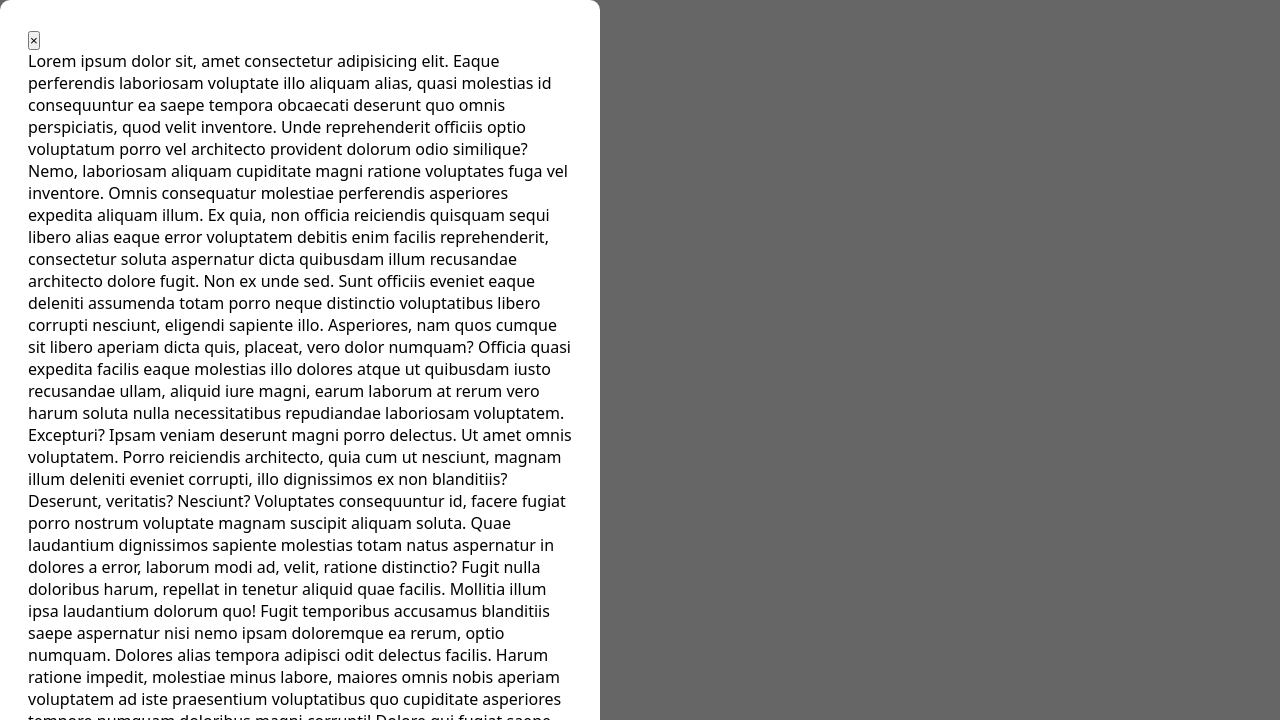
Repository: hoangan3526/Javascript-project
Page: index.html
The author's editor kept a copy of each file at every save. The page is drawn from the files as they stood at one save, then again after the next save.
The browser window is 1280 px wide. The pictures show the whole page.

Above is the page before, as saved 2026-04-07 09:48:11.

### index.html
<!DOCTYPE html>
<html lang="en">
<head>
    <meta charset="UTF-8">
    <meta name="viewport" content="width=device-width, initial-scale=1.0">
    <link rel="stylesheet" href="./style.css">
    <title>Document</title>
</head>
<body>
    <div class="modal-backdrop">
        <div class="modal-container">
            <button class="modal-close">&times;</button>
            <div class="modal-content">
                <p>Lorem ipsum dolor sit, amet consectetur adipisicing elit. Eaque perferendis laboriosam voluptate illo aliquam alias, quasi molestias id consequuntur ea saepe tempora obcaecati deserunt quo omnis perspiciatis, quod velit inventore.
                Unde reprehenderit officiis optio voluptatum porro vel architecto provident dolorum odio similique? Nemo, laboriosam aliquam cupiditate magni ratione voluptates fuga vel inventore. Omnis consequatur molestiae perferendis asperiores expedita aliquam illum.
                Ex quia, non officia reiciendis quisquam sequi libero alias eaque error voluptatem debitis enim facilis reprehenderit, consectetur soluta aspernatur dicta quibusdam illum recusandae architecto dolore fugit. Non ex unde sed.
                Sunt officiis eveniet eaque deleniti assumenda totam porro neque distinctio voluptatibus libero corrupti nesciunt, eligendi sapiente illo. Asperiores, nam quos cumque sit libero aperiam dicta quis, placeat, vero dolor numquam?
                Officia quasi expedita facilis eaque molestias illo dolores atque ut quibusdam iusto recusandae ullam, aliquid iure magni, earum laborum at rerum vero harum soluta nulla necessitatibus repudiandae laboriosam voluptatem. Excepturi?
                Ipsam veniam deserunt magni porro delectus. Ut amet omnis voluptatem. Porro reiciendis architecto, quia cum ut nesciunt, magnam illum deleniti eveniet corrupti, illo dignissimos ex non blanditiis? Deserunt, veritatis? Nesciunt?
                Voluptates consequuntur id, facere fugiat porro nostrum voluptate magnam suscipit aliquam soluta. Quae laudantium dignissimos sapiente molestias totam natus aspernatur in dolores a error, laborum modi ad, velit, ratione distinctio?
                Fugit nulla doloribus harum, repellat in tenetur aliquid quae facilis. Mollitia illum ipsa laudantium dolorum quo! Fugit temporibus accusamus blanditiis saepe aspernatur nisi nemo ipsam doloremque ea rerum, optio numquam.
                Dolores alias tempora adipisci odit delectus facilis. Harum ratione impedit, molestiae minus labore, maiores omnis nobis aperiam voluptatem ad iste praesentium voluptatibus quo cupiditate asperiores tempore numquam doloribus magni corrupti!
                Dolore qui fugiat saepe explicabo totam ipsam sunt corporis voluptatibus deserunt, commodi tempora doloremque autem atque temporibus possimus harum laboriosam at. Voluptates dolor quod facilis, quidem ea sed consequatur sit.
                Autem, repudiandae ut modi est pariatur nobis vero quae quidem deserunt, mollitia perspiciatis expedita! Non quas eaque, quisquam itaque id obcaecati illum necessitatibus voluptatum inventore eligendi omnis, hic laboriosam! Dolor.
                Nam necessitatibus hic sapiente voluptatum rem sequi veritatis. Illum placeat reiciendis libero aut reprehenderit vitae, officia ab sunt sit facilis cupiditate facere suscipit, deserunt labore omnis molestias repellendus autem repudiandae!
                Iure, laboriosam possimus excepturi cupiditate voluptatem vel doloremque dicta, atque fuga culpa qui error reiciendis consequatur non hic quos vitae enim et molestias. Voluptate quasi, maiores possimus perferendis labore dolorem.
                Rem minus id non eos ut dolor esse molestias obcaecati velit dignissimos magni sit eius, fugiat iusto asperiores modi placeat eligendi voluptate sed quas voluptatibus? Necessitatibus quaerat quisquam provident deleniti!
                Quos reprehenderit, inventore, debitis dolore veniam non omnis tempore architecto enim nihil necessitatibus velit in. Error, minima provident quam architecto id reprehenderit asperiores eaque? Dolore nam aperiam officia rem inventore.
                Facilis fugit tempore quod porro in similique tempora, inventore cum illo minus quo quisquam non nihil optio dolore consectetur! Dolore magni deserunt perferendis suscipit doloribus fugit magnam illo aliquam sed!
                Hic earum eligendi voluptatem delectus est! Asperiores libero eveniet culpa fugiat aliquam dolores quis mollitia? A officia harum quaerat facere cumque error dolor. Ea minus animi eum illum quisquam laboriosam.
                Nisi fugiat quisquam suscipit iusto quam repellat sit repellendus laborum nostrum consectetur itaque repudiandae, quo voluptatum dolorum porro praesentium placeat ipsam vel minus molestiae quae tenetur harum? In, fugit molestiae?
                Dolorum doloremque quibusdam maxime ex, necessitatibus consectetur tempore eum quidem possimus optio voluptatibus at velit dignissimos ad cumque quia modi illum, deserunt blanditiis. Unde eveniet quam illo mollitia nobis necessitatibus!
                Eum laboriosam, omnis neque sit est quibusdam fuga nostrum nulla reprehenderit illo nam hic nisi asperiores eos! Mollitia, doloribus! Voluptate corporis suscipit eos beatae officiis, quasi consectetur odit ullam excepturi.</p>
            </div>
        </div>
    </div>
    <script src = "./main.js"></script>
</body>
</html>

### style.css
*{
     margin: 0;
     padding: 0;
     box-sizing: border-box;
}
html{
    font-size: 62.5%;
}
body {
    font-size: 1.6rem;
    font-family: system-ui, -apple-system, BlinkMacSystemFont, 'Segoe UI', Roboto, Oxygen, Ubuntu, Cantarell, 'Open Sans', 'Helvetica Neue', sans-serif;
}
.modal-backdrop{
    position: fixed;
    inset: 0;
    background-color: rgba(0,0,0,0.6);
}

.modal-container{
     width: min(600px, 90%);
     padding: 28px ;
     border-radius: 10px;
    background-color: #fff;

}

.modal-close{

}

.modal-content{

}

Loaded but not shown: main.js (no copy from this time; the picture is the same without it)

After the next save:
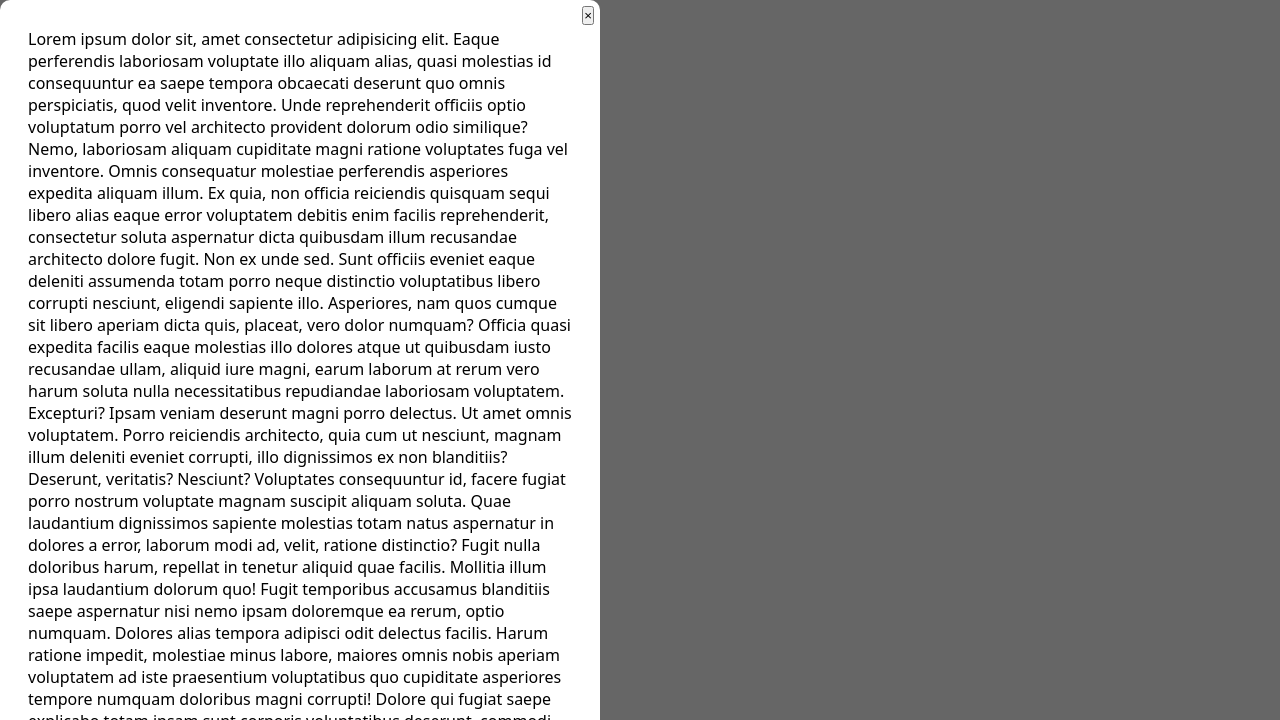
Saved 59 s later.
--- a/style.css
+++ b/style.css
@@ -17,6 +17,7 @@ body {
 }
 
 .modal-container{
+    position: relative;
      width: min(600px, 90%);
      padding: 28px ;
      border-radius: 10px;
@@ -25,7 +26,9 @@ body {
 }
 
 .modal-close{
-
+    position: absolute;
+    top:6px;
+    right: 6px;
 }
 
 .modal-content{
